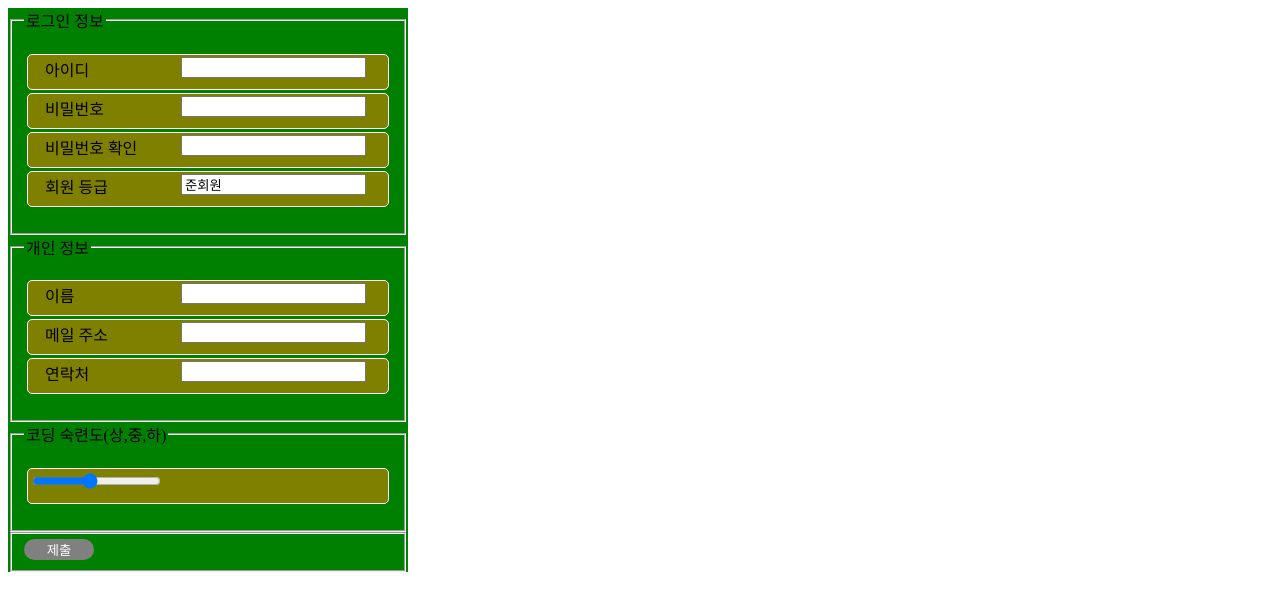
Repository: giwon8701/Qclass_KH
Page: Workspace_Java/testWebProject/test.html
These files come from the project's save history. The page is drawn as it stood at one moment and after the next save; the edit follows.
The browser window is 1280 px wide. The pictures show the whole page.

Above is the page before, as saved 2021-01-11 02:39:38.

After the next save:
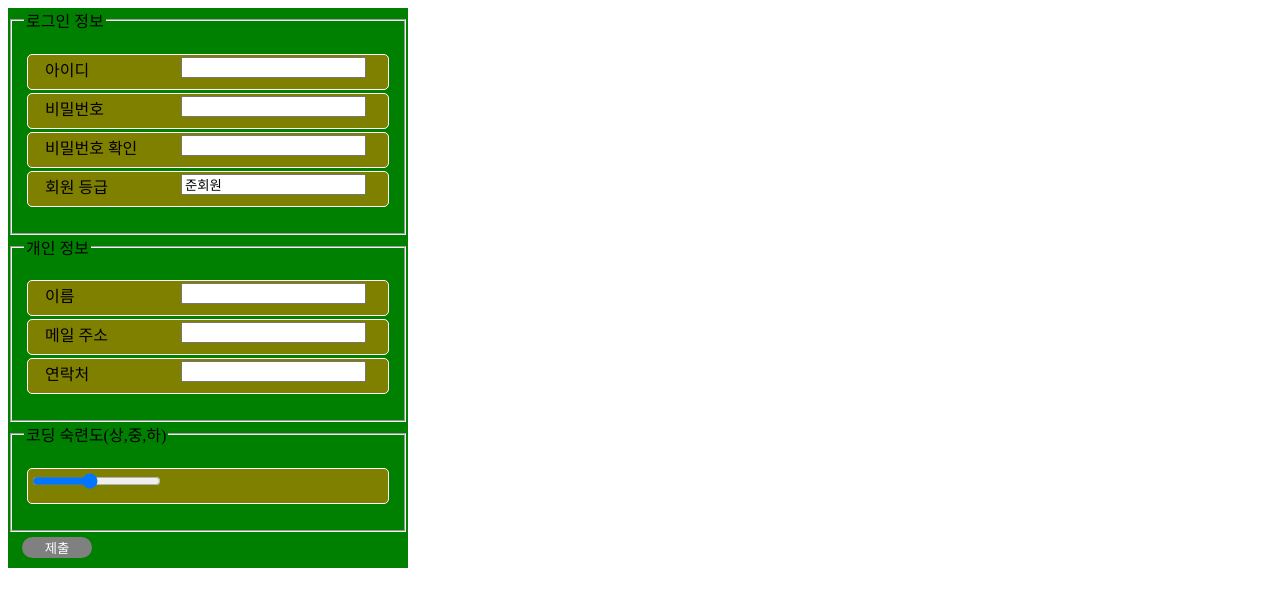
Saved 18 s later.
--- a/Workspace_Java/testWebProject/test_css.css
+++ b/Workspace_Java/testWebProject/test_css.css
@@ -25,6 +25,9 @@
 	float: right;
 	margin-right: 20px;
 }
+.group_submit {
+	border-style: none;
+}
 .btn_submit {
 	width:70px;
 	border-radius: 13px;
